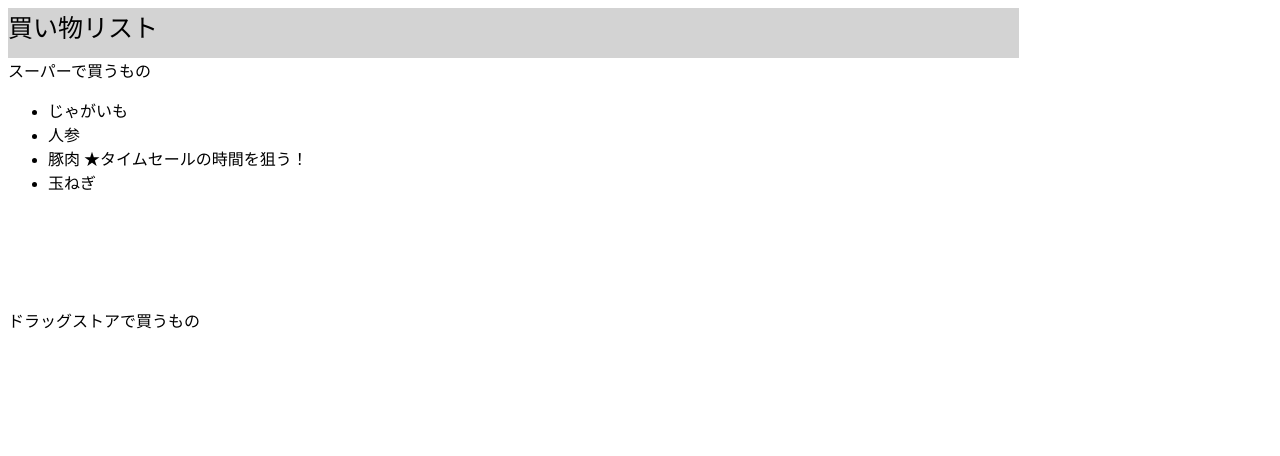
Repository: m-mao/firsa_app
Page: html_css/html_construction/index.html
The author's editor kept a record of every edit. The page is drawn from the files as they stood at one moment, then again after the next edit.
The browser window is 1280 px wide. The pictures show the whole page.

Above is the page before.

After the next edit:
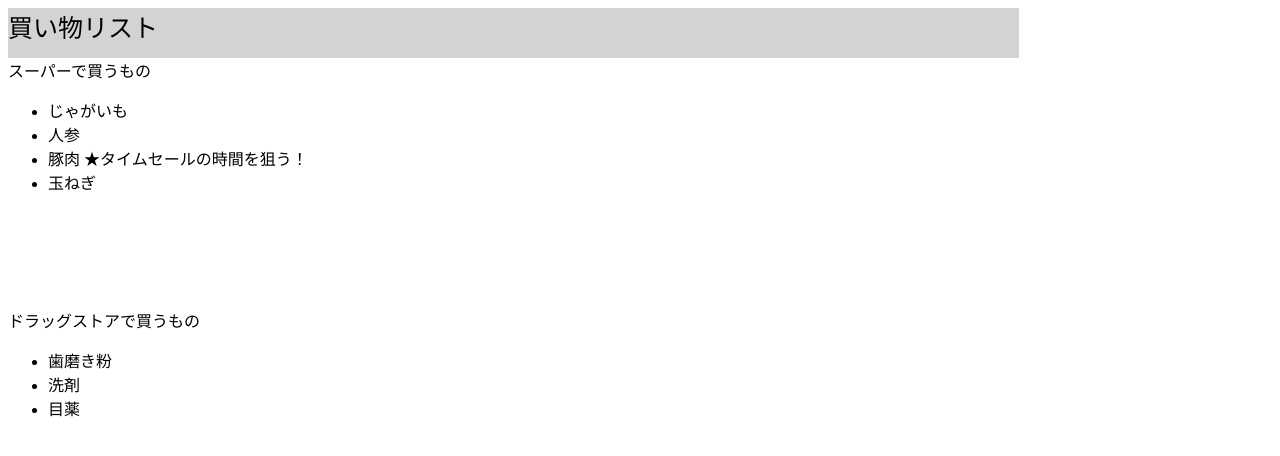
The edit:
--- a/html_css/html_construction/index.html
+++ b/html_css/html_construction/index.html
@@ -21,6 +21,11 @@
           </div>
           <div class="bottom-content">
               ドラッグストアで買うもの
+              <ul class="lists">
+                  <li class="list">歯磨き粉</li>
+                  <li class="list">洗剤</li>
+                  <li class="list">目薬</li>
+            　</ul>
           </div>
       </div>
       <footer>
